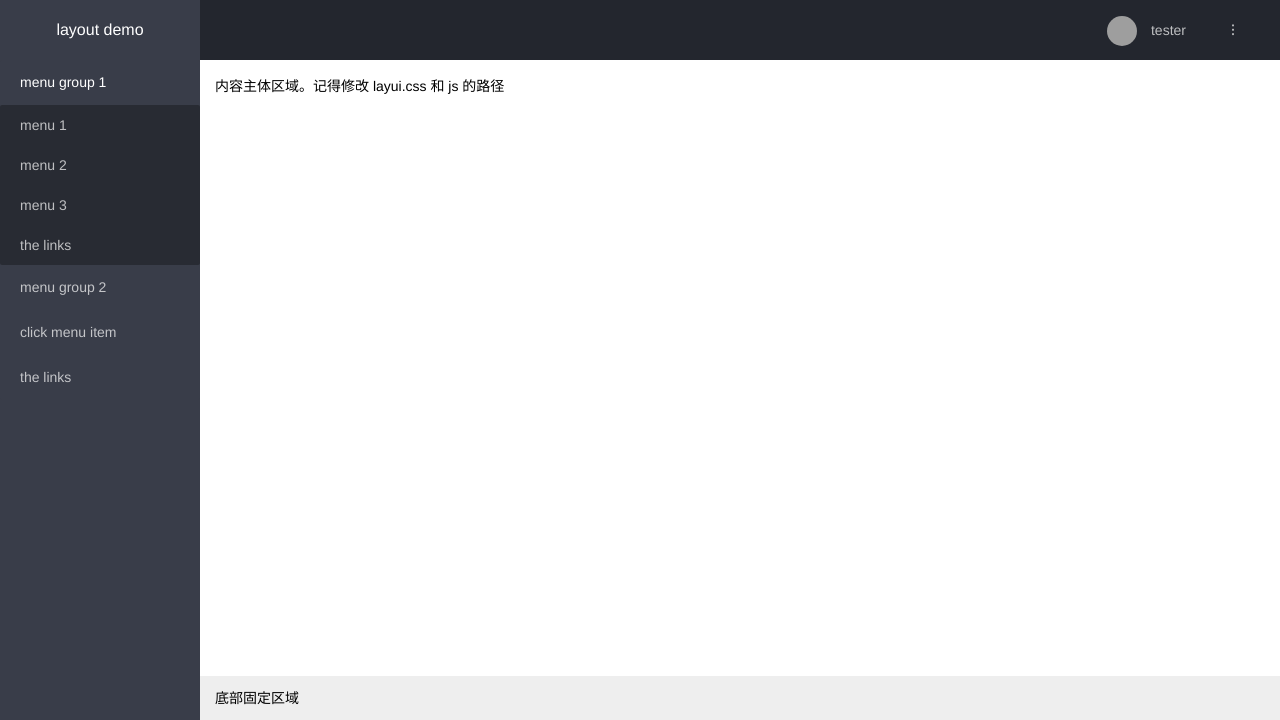
Repository: Janshen111/web_bigevent
Page: index.html
An editor plug-in stored every save of this project. The page is shown before and after the next save, followed by the edit.
The browser window is 1280 px wide. The pictures show the whole page.
Pictures or frames that could not be fetched are drawn as grey boxes.

Above is the page before, as saved 2022-08-31 15:13:25.

After the next save:
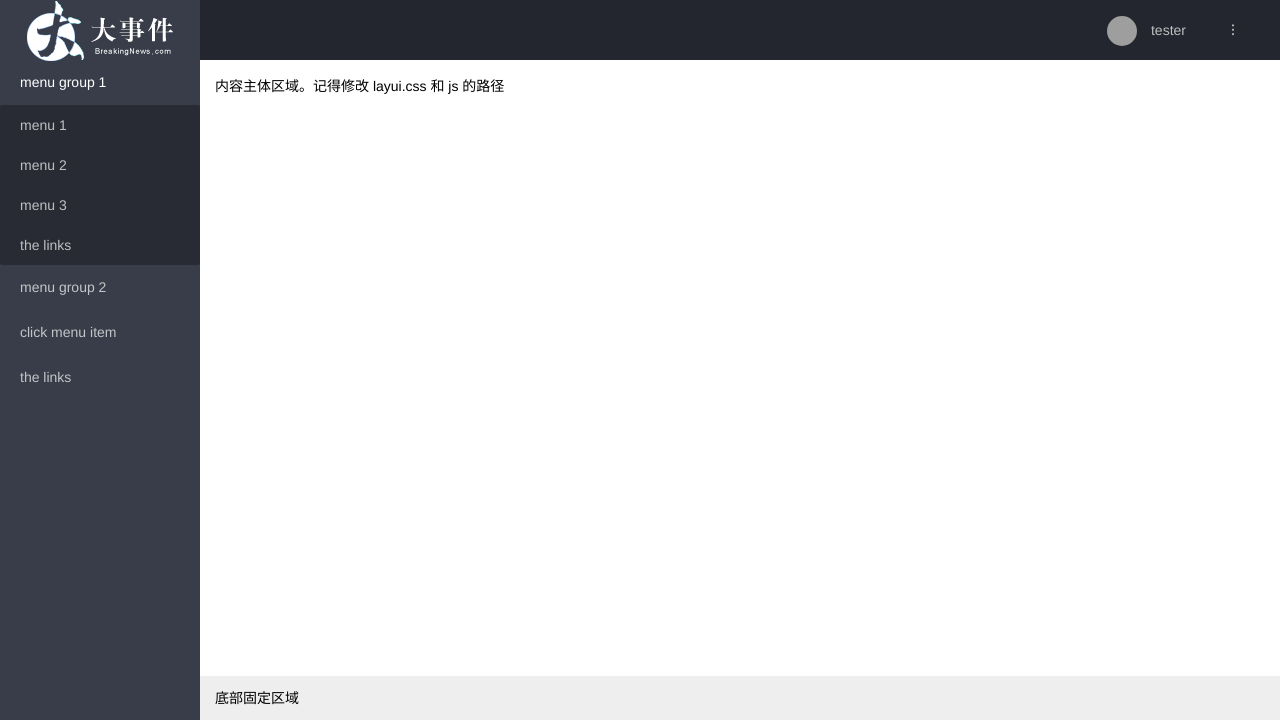
Saved 70 s later.
--- a/index.html
+++ b/index.html
@@ -14,7 +14,9 @@
 <body>
     <div class="layui-layout layui-layout-admin">
         <div class="layui-header">
-            <div class="layui-logo layui-hide-xs layui-bg-black">layout demo</div>
+            <div class="layui-logo layui-hide-xs layui-bg-black">
+                <img src="./assets/images/logo.png" alt="" />
+            </div>
             <!-- 头部区域（可配合layui 已有的水平导航） -->
             <dl class="layui-nav-child">
                 <dd><a href="">menu 11</a></dd>
